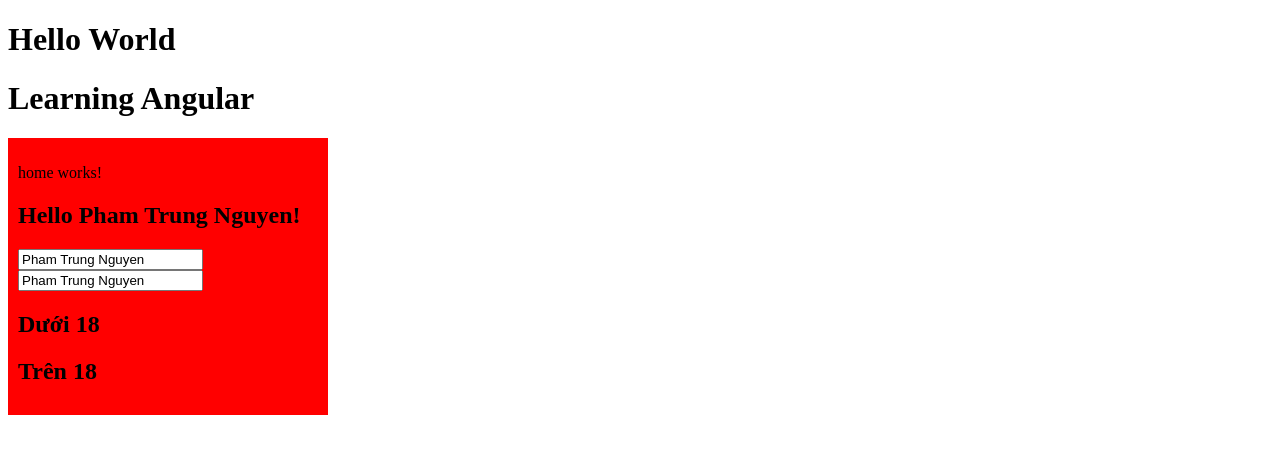
Repository: PhamTrungNguyen/Angular12
Page: / (app in Angular/)
These files come from the project's save history. The page is drawn as it stood at one moment and after the next save; the edit follows.
The browser window is 1280 px wide. The pictures show the whole page.
The project was rebuilt for these pictures with package versions that can differ from the ones it lists, and the page was loaded fresh each time. Also part of the build but not shown: Angular/angular.json.

Above is the page before, as saved 2022-12-31 21:41:26.

After the next save:
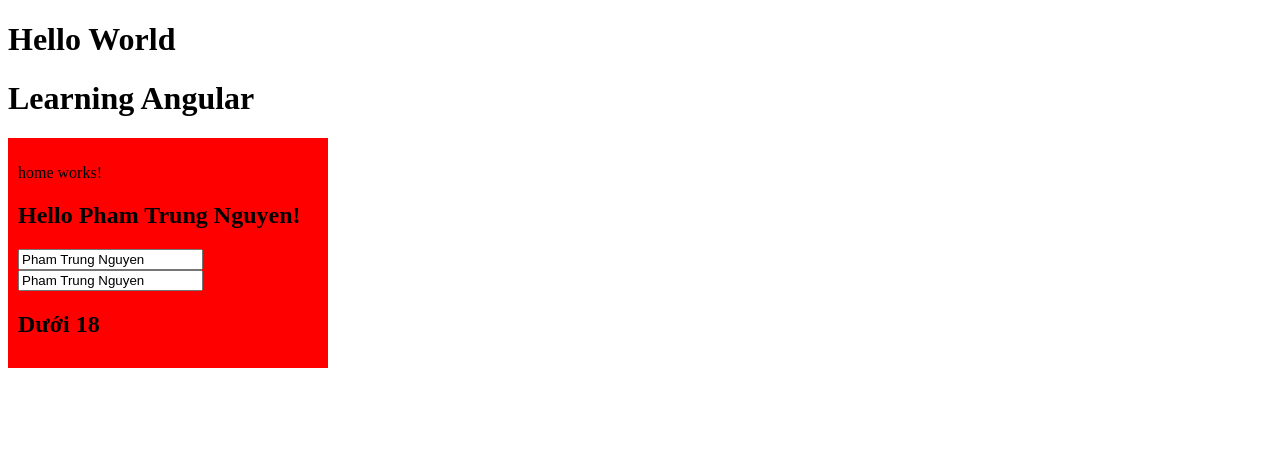
Saved 57 s later.
--- a/Angular/src/app/home/home.component.html
+++ b/Angular/src/app/home/home.component.html
@@ -3,6 +3,6 @@
     <h2>Hello {{name}}!</h2>
     <input type="text" value="{{name}}">
     <input type="text" [value]="name" [title]='"day la " + name'>
-    <h2>Dưới 18</h2>
-    <h2>Trên 18</h2>
+    <h2 *ngIf="age<18">Dưới 18</h2>
+    <h2 *ngIf="age>=18">Trên 18</h2>
 </div>
